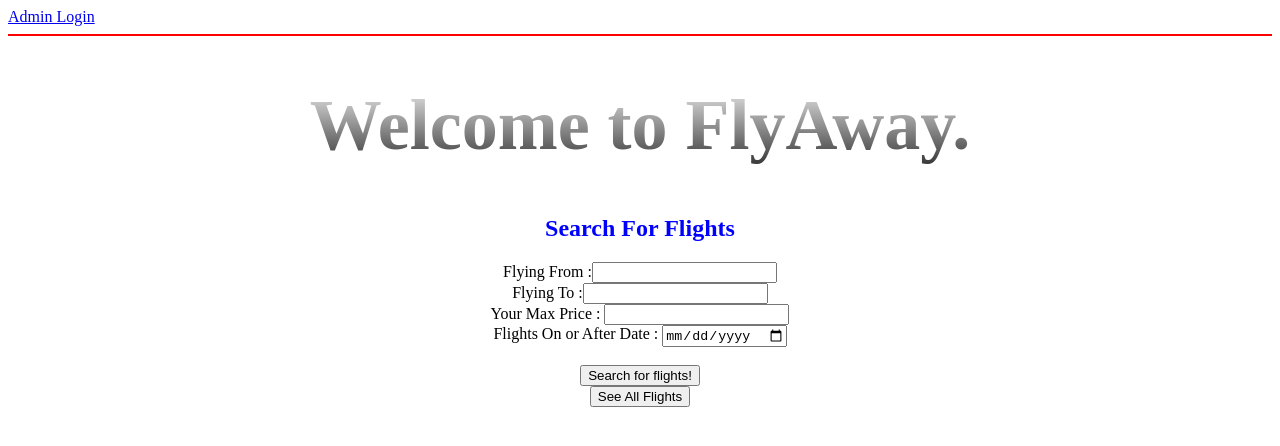
Repository: tuskhillare/FlyAway-1.0-
Page: http://localhost/FlyAway/
An editor plug-in stored every save of this project. The page is shown before and after the next save, followed by the edit.
The browser window is 1280 px wide. The pictures show the whole page.
The page is served by Tomcat 9. Other server files are loaded and not shown.

Above is the page before, as saved 2021-10-01 15:33:56.

### Source Code/FlyAway/src/main/webapp/index.jsp
<!DOCTYPE html>
<html>
<head>
<style type="text/css">
h1 {
  font-size: 72px;
  background: -webkit-linear-gradient(#eee, #333);
  -webkit-background-clip: text;
  -webkit-text-fill-color: transparent;
}
h2 {
color:blue;
}

hr {
  border: 1px solid red;
}

</style>
<meta charset="UTF-8">
<title>Welcome To Fly Away Ticket Booking Portal</title>
</head>
<body>
	<a href="Login.jsp">Admin Login</a>
	<hr>
	<center>
	<h1>Welcome to FlyAway.</h1>
	<h2>Search For Flights</h2>
	<form name="searchForFlights" method="GET" action="SearchFlights">
		Flying From :<input type="text" name="source" > <br/>
		Flying To :<input type="text" name="destination" > <br/>
		Your Max Price : <input type="number" name="price"> <br/>
		Flights On or After Date : <input type="date" name="date"> <br/>
		<br/>
		<input type="submit" value="Search for flights!">
	</form>
	<form name ="seeAllFlights" method="GET" action="SeeAllFlights">
		<input type="submit" value="See All Flights">
	</form>
	</center>
</body>
</html>

After the next save:
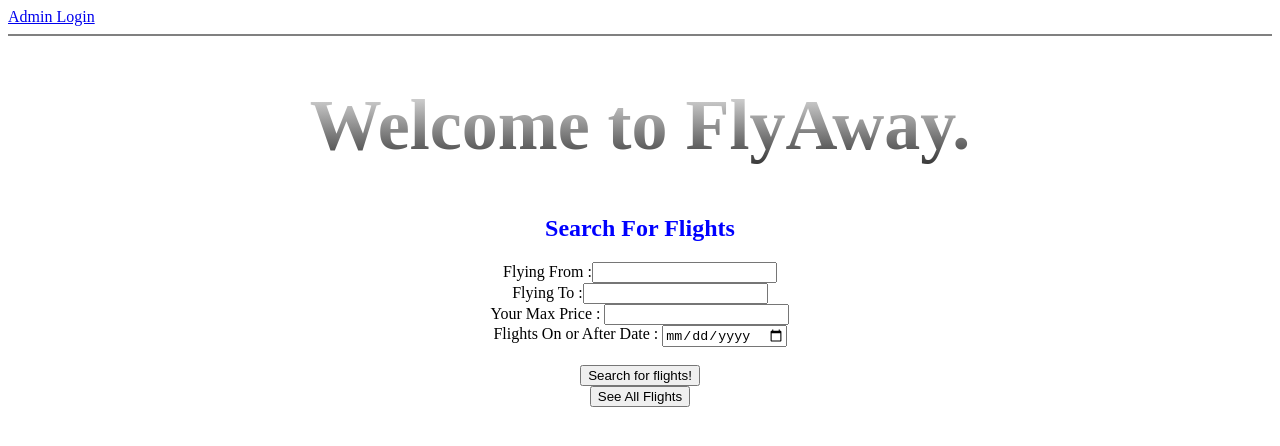
Saved 33 s later.
--- a/Source Code/FlyAway/src/main/webapp/index.jsp
+++ b/Source Code/FlyAway/src/main/webapp/index.jsp
@@ -13,7 +13,7 @@ color:blue;
 }
 
 hr {
-  border: 1px solid red;
+  border: 1px solid grey;
 }
 
 </style>
